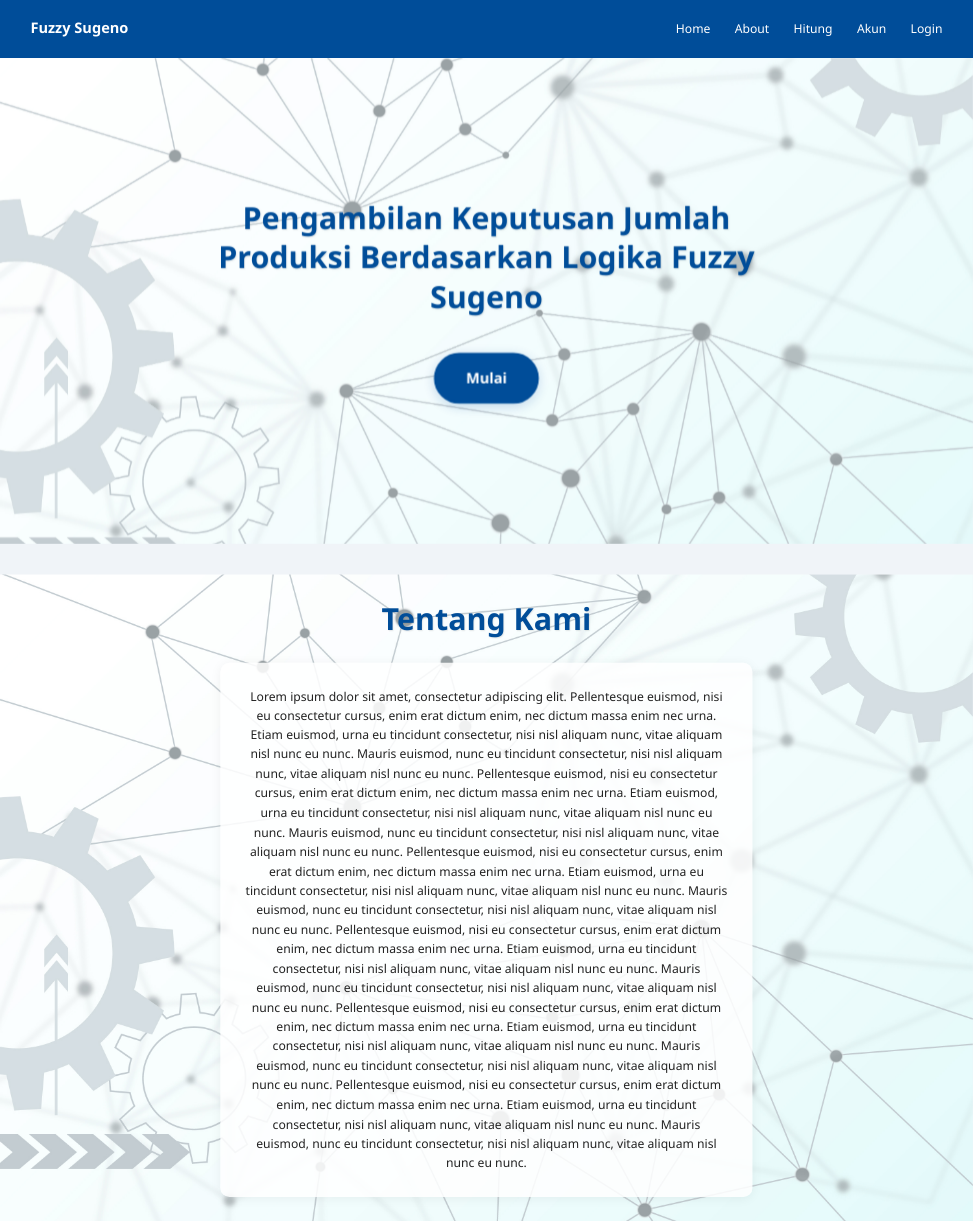
Repository: Senicccc/Defuzzy-Sugeno
Page: http://localhost/
The author's editor kept a copy of each file at every save. The page is drawn from the files as they stood at one save, then again after the next save.
The browser window is 1280 px wide. The pictures show the whole page, at 76% of full size.
The page is run by PHP 8.4 with error messages shown; the project is at /var/www/html/.

Above is the page before, as saved 2025-06-08 11:09:08.

After the next save:
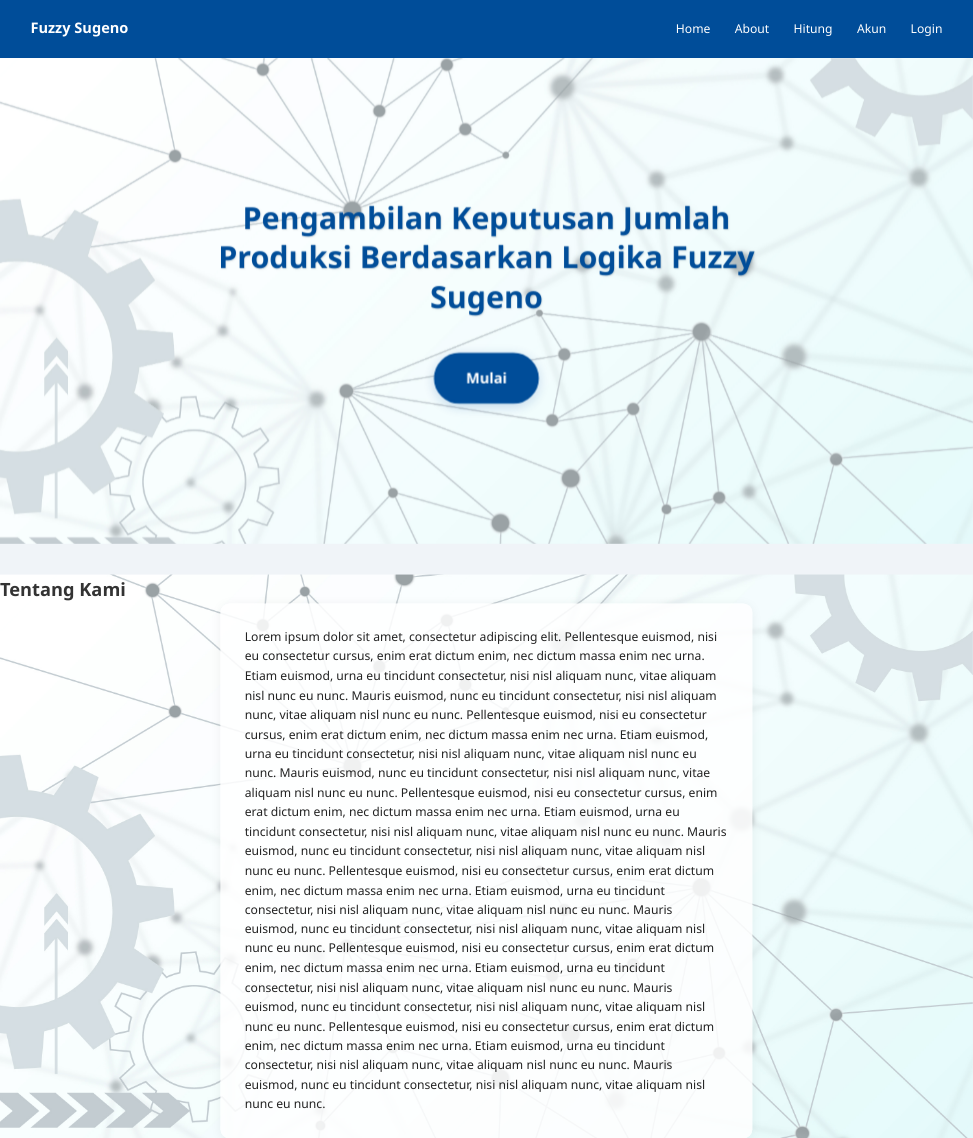
Saved 6 s later.
--- a/index.php
+++ b/index.php
@@ -20,7 +20,7 @@
         <a href="php/form.php" class="start-button">Mulai</a>
     </section>
 
-    <section class="hero"
+    <section class="about"
         style="background: url('img/menu-bg.jpg') center center/cover no-repeat; min-height:unset; margin-top:40px;">
         <h1>Tentang Kami</h1>
         <div
